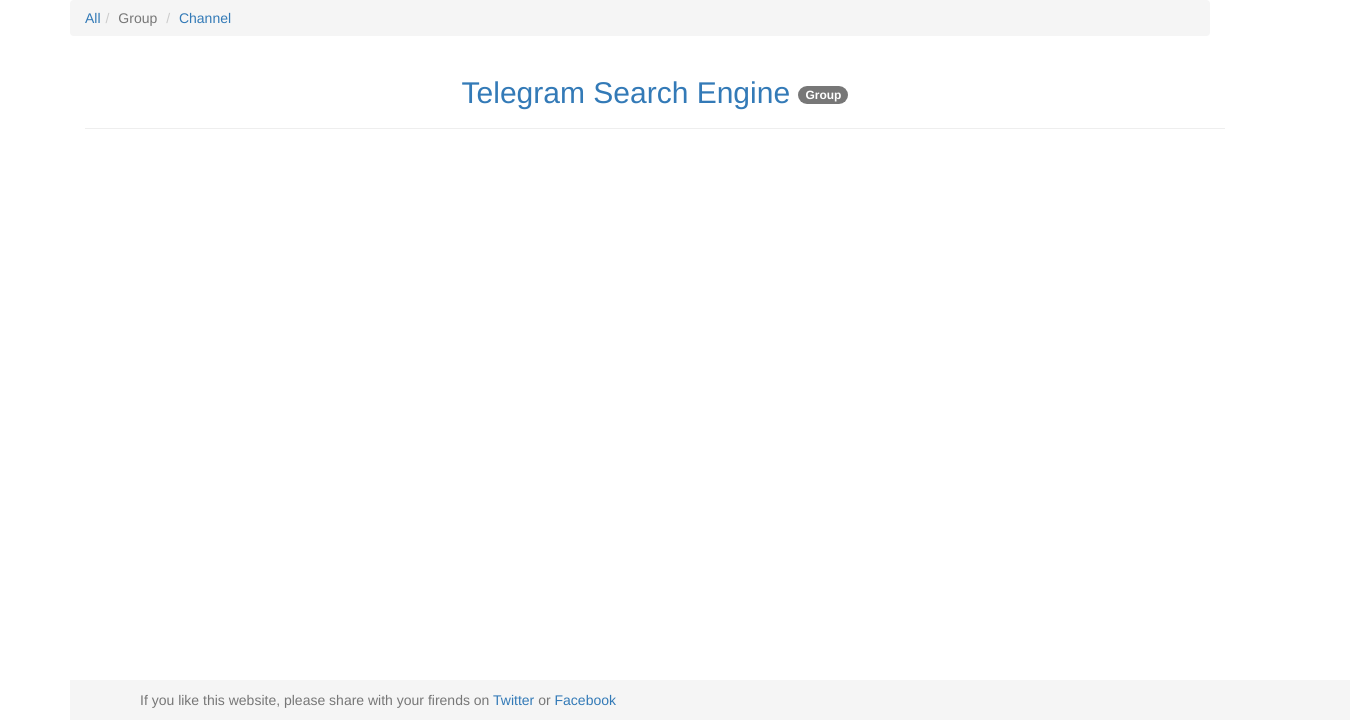
Repository: xtea/xtea.github.io
Page: ts_en_group.html
These files come from the project's save history. The page is drawn as it stood at one moment and after the next save; the edit follows.
The browser window is 1280 px wide. The page is 1350 px wide, so the pictures cover 1350 px, including what lies to the right of the window. The pictures show the whole page.

Above is the page before, as saved 2024-12-16 23:23:55.

After the next save:
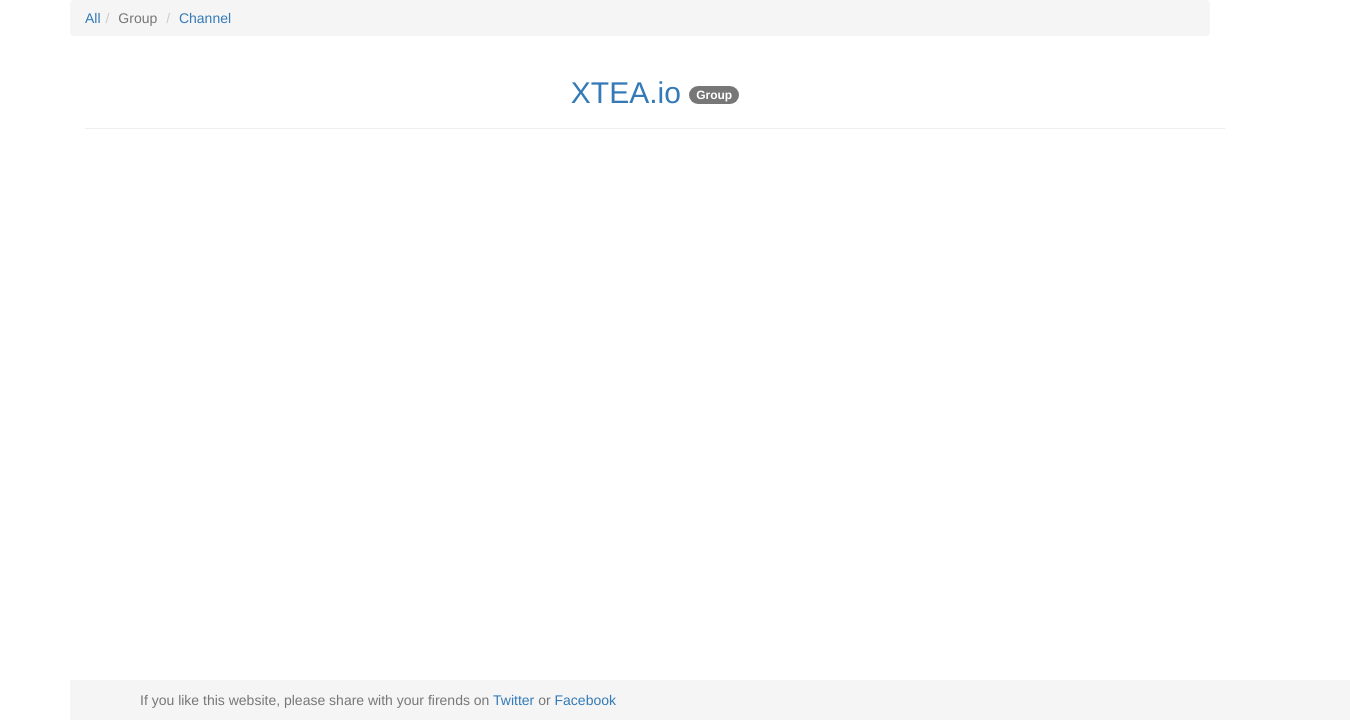
Saved 5 s later.
--- a/ts_en_group.html
+++ b/ts_en_group.html
@@ -104,7 +104,7 @@
     </div>
     <div class="container">
       <div class="page-header">
-        <h2 class="text-center"><a href="ts_en_group.html">Telegram Search Engine</a>
+        <h2 class="text-center"><a href="ts_en_group.html">XTEA.io</a>
           <span class="badge badge-info" title="Group Only.">Group</span>
         </h2>
       </div>
